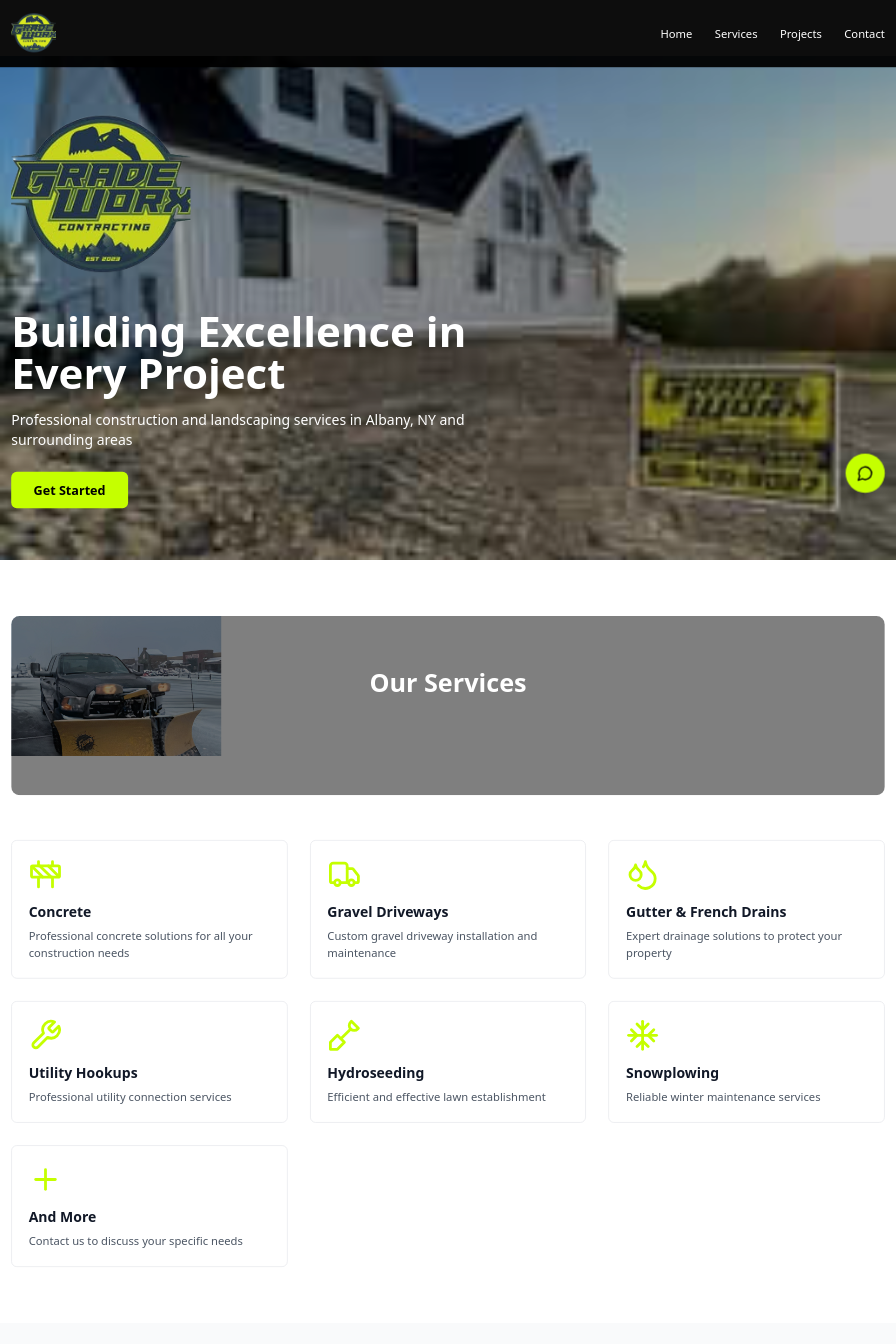
Repository: gabe126679/GradeWorx
Page: /
An editor plug-in stored every save of this project. The page is shown before and after the next save, followed by the edit.
The browser window is 1280 px wide. The pictures show the part of the page from y = 0 to 1920 px (the page is 3566 px tall), at 70% of full size.
The project was rebuilt for these pictures with package versions that can differ from the ones it lists, and the page was loaded fresh each time. Also part of the build but not shown: vite.config.ts.

Above is the page before, as saved 2024-12-16 00:04:17.

### src/App.tsx
import React from 'react';
import Header from './components/Header';
import ChatBot from './components/ChatBot';
import { Home } from './pages/Home';
import { Services } from './pages/Services';
import { Projects } from './pages/Projects';
import { Contact } from './pages/Contact';

function App() {
  return (
    <div className="min-h-screen bg-gray-50">
      <Header />
      <main className="pt-20">
        <Home />
        <Services />
        <Projects />
        <Contact />
      </main>
      <ChatBot />
    </div>
  );
}

export default App;

### src/index.css
@tailwind base;
@tailwind components;
@tailwind utilities;

html {
  scroll-behavior: smooth;
}

body {
  @apply text-gray-900;
}

.prose {
  @apply text-gray-600 leading-relaxed;
}

### src/components/Header.tsx
import React from 'react';
import { Menu, X } from 'lucide-react';
import { useState } from 'react';
import { Link } from './Navigation';

export default function Header() {
  const [isOpen, setIsOpen] = useState(false);

  return (
    <header className="fixed w-full bg-black/95 text-white z-50">
      <nav className="container mx-auto px-4 py-4">
        <div className="flex items-center justify-between">
          <Link href="/" className="flex items-center space-x-2">
            <img
              src="/images/logo.png"
              alt="Gradeworx Logo"
              className="h-16 w-auto"
              style={{ filter: 'brightness(1.1)' }}
            />
          </Link>

          {/* Desktop Navigation */}
          <div className="hidden md:flex space-x-8">
            <Link href="#home">Home</Link>
            <Link href="#services">Services</Link>
            <Link href="#projects">Projects</Link>
            <Link href="#contact">Contact</Link>
          </div>

          {/* Mobile Navigation Button */}
          <button
            className="md:hidden"
            onClick={() => setIsOpen(!isOpen)}
          >
            {isOpen ? <X size={24} /> : <Menu size={24} />}
          </button>
        </div>

        {/* Mobile Navigation Menu */}
        {isOpen && (
          <div className="md:hidden pt-4 pb-6">
            <div className="flex flex-col space-y-4">
              <Link href="#home" onClick={() => setIsOpen(false)}>Home</Link>
              <Link href="#services" onClick={() => setIsOpen(false)}>Services</Link>
              <Link href="#projects" onClick={() => setIsOpen(false)}>Projects</Link>
              <Link href="#contact" onClick={() => setIsOpen(false)}>Contact</Link>
            </div>
          </div>
        )}
      </nav>
    </header>
  );
}

### src/components/ChatBot.tsx
import React, { useState } from 'react';
import { MessageCircle, X } from 'lucide-react';

export default function ChatBot() {
  const [isOpen, setIsOpen] = useState(false);

  return (
    <div className="fixed bottom-4 right-4 z-50">
      {isOpen ? (
        <div className="bg-white rounded-lg shadow-xl w-80 overflow-hidden">
          <div className="bg-black p-4 flex justify-between items-center">
            <h3 className="text-white font-semibold">Chat with us</h3>
            <button onClick={() => setIsOpen(false)} className="text-white">
              <X size={20} />
            </button>
          </div>
          <div className="p-4 h-96 bg-gray-50">
            <div className="mb-4 text-sm">
              Hello! How can we help you today?
            </div>
            <textarea
              className="w-full p-2 border rounded-lg"
              placeholder="Type your message..."
              rows={3}
            />
            <button className="mt-2 bg-[#c5ff00] text-black px-4 py-2 rounded-lg w-full hover:bg-[#a3d600] transition-colors">
              Send Message
            </button>
          </div>
        </div>
      ) : (
        <button
          onClick={() => setIsOpen(true)}
          className="bg-[#c5ff00] text-black p-4 rounded-full shadow-lg hover:bg-[#a3d600] transition-colors"
        >
          <MessageCircle size={24} />
        </button>
      )}
    </div>
  );
}

### src/pages/Home.tsx
export function Home() {
  return (
    <section id="home" className="relative h-screen">
      <div
        className="absolute inset-0 bg-cover bg-center"
        style={{
          backgroundImage: 'url("/images/cover.jpg")',
          filter: 'brightness(0.7)'
        }}
      />
      <div className="relative h-full flex items-center">
        <div className="container mx-auto px-4">
          <div className="max-w-3xl">
            <img
              src="/images/logo.png"
              alt="Gradeworx Logo"
              className="w-64 mb-8"
            />
            <h1 className="text-5xl md:text-6xl font-bold text-white mb-6">
              Building Excellence in Every Project
            </h1>
            <p className="text-xl text-white mb-8">
              Professional construction and landscaping services in Albany, NY and surrounding areas
            </p>
            <a
              href="#contact"
              className="bg-[#c5ff00] text-black px-8 py-3 rounded-lg text-lg font-semibold hover:bg-[#a3d600] transition-colors inline-block"
            >
              Get Started
            </a>
          </div>
        </div>
      </div>
    </section>
  );
}

### src/pages/Services.tsx
import { Section } from '../components/ui/Section';
import { SectionTitle } from '../components/ui/SectionTitle';
import { ServiceCard } from '../components/ServiceCard';
import { services } from '../data/services';

export function Services() {
  return (
    <Section id="services" className="bg-white">
      <div className="relative mb-16 h-64 rounded-xl overflow-hidden">
        <img
          src="/images/service1.jpg"
          alt="Our Services"
          className="w-full h-full object-cover"
          style={{ width: '300px', height: '200px', objectFit: 'cover' }}
        />
        <div className="absolute inset-0 bg-black/50 flex items-center justify-center">
          <SectionTitle className="text-white mb-0">Our Services</SectionTitle>
        </div>
      </div>
      <div className="grid grid-cols-1 md:grid-cols-2 lg:grid-cols-3 gap-8">
        {services.map((service, index) => (
          <ServiceCard key={index} {...service} />
        ))}
      </div>
    </Section>
  );
}

### src/pages/Projects.tsx
import React from 'react';

export function Projects() {
  return (
    <section id="projects" className="py-20 bg-gray-50">
      <div className="container mx-auto px-4">
        <h2 className="text-4xl font-bold text-center mb-16">Our Projects</h2>

        <div className="max-w-4xl mx-auto mb-16">
          <h3 className="text-2xl font-bold mb-6">About Gradeworx Contracting</h3>
          <div className="prose lg:prose-lg">
            <p className="mb-4">
              At Gradeworx Contracting, we are dedicated to delivering top-notch construction and landscaping services to Albany, NY, and the surrounding areas. With a proven track record of excellence, we specialize in a range of projects, including concrete work, gravel driveways, gutter and French drain installations, utility hookups, hydroseeding, and snowplowing.
            </p>
            <p className="mb-4">
              Our team combines skill, reliability, and a commitment to customer satisfaction, ensuring every project is completed to the highest standard. Whether it's enhancing your property with durable concrete solutions, preparing your landscape with expert grading and hydroseeding, or keeping your driveways clear in winter, Gradeworx is here to exceed your expectations.
            </p>
            <p>
              Explore our gallery to see how we've helped clients transform their properties with exceptional craftsmanship and attention to detail. Let us help you bring your next project to life!
            </p>
          </div>
        </div>

        <div className="grid grid-cols-1 md:grid-cols-2 gap-8">
          <div className="rounded-lg overflow-hidden shadow-lg">
            <img src="/images/project1.jpg" alt="Completed driveway project" className="w-full h-64 object-cover" />
            <div className="p-4 bg-white">
              <h3 className="font-semibold text-xl mb-2">Driveway Installation</h3>
              <p className="text-gray-600">Professional driveway installation with attention to detail</p>
            </div>
          </div>
          <div className="rounded-lg overflow-hidden shadow-lg">
            <img src="/images/project2.jpg" alt="Landscaping project" className="w-full h-64 object-cover" />
            <div className="p-4 bg-white">
              <h3 className="font-semibold text-xl mb-2">Landscape Design</h3>
              <p className="text-gray-600">Beautiful landscape transformation</p>
            </div>
          </div>
        </div>
      </div>
    </section>
  );
}

### src/pages/Contact.tsx
import React from 'react';
import { Phone, Mail, MapPin } from 'lucide-react';
import { Section } from '../components/ui/Section';
import { SectionTitle } from '../components/ui/SectionTitle';
import { Input } from '../components/ui/Input';
import { Button } from '../components/ui/Button';

export function Contact() {
  return (
    <Section id="contact" className="bg-black text-white">
      <SectionTitle>Contact Us</SectionTitle>

      <div className="grid grid-cols-1 md:grid-cols-2 gap-12 max-w-4xl mx-auto">
        <div>
          <h3 className="text-2xl font-semibold mb-6">Get in Touch</h3>
          <div className="space-y-4">
            <div className="flex items-center space-x-4">
              <Phone className="text-[#c5ff00]" />
              <a href="tel:518-477-0158" className="hover:text-[#c5ff00] transition-colors">
                518-477-0158
              </a>
            </div>
            <div className="flex items-center space-x-4">
              <Mail className="text-[#c5ff00]" />
              <a href="mailto:info@gradeworxcontracting.com" className="hover:text-[#c5ff00] transition-colors">
                info@gradeworxcontracting.com
              </a>
            </div>
            <div className="flex items-center space-x-4">
              <MapPin className="text-[#c5ff00]" />
              <span>Albany, NY and surrounding areas</span>
            </div>
          </div>
        </div>

        <form className="space-y-4">
          <Input label="Name" type="text" />
          <Input label="Email" type="email" />
          <div>
            <label className="block mb-2">Message</label>
            <textarea
              rows={4}
              className="w-full p-2 rounded-lg bg-gray-800 border border-gray-700 focus:border-[#c5ff00] focus:outline-none"
            ></textarea>
          </div>
          <Button type="submit">Send Message</Button>
        </form>
      </div>
    </Section>
  );
}

### src/components/Navigation.tsx
import React from 'react';

interface LinkProps {
  href: string;
  children: React.ReactNode;
  className?: string;
  onClick?: () => void;
}

export function Link({ href, children, className = '', onClick }: LinkProps) {
  return (
    <a
      href={href}
      className={`text-white hover:text-[#c5ff00] transition-colors ${className}`}
      onClick={onClick}
    >
      {children}
    </a>
  );
}

### src/components/ui/Section.tsx
import React from 'react';

interface SectionProps {
  id: string;
  className?: string;
  children: React.ReactNode;
}

export function Section({ id, className = '', children }: SectionProps) {
  return (
    <section id={id} className={`py-20 ${className}`}>
      <div className="container mx-auto px-4">
        {children}
      </div>
    </section>
  );
}

### src/components/ui/SectionTitle.tsx
import React from 'react';

interface SectionTitleProps {
  children: React.ReactNode;
  className?: string;
}

export function SectionTitle({ children, className = '' }: SectionTitleProps) {
  return (
    <h2 className={`text-4xl font-bold text-center mb-16 ${className}`}>
      {children}
    </h2>
  );
}

### src/components/ServiceCard.tsx
import React from 'react';
import { LucideIcon } from 'lucide-react';

interface ServiceCardProps {
  icon: LucideIcon;
  title: string;
  description: string;
}

export function ServiceCard({ icon: Icon, title, description }: ServiceCardProps) {
  return (
    <div className="p-6 border rounded-lg hover:shadow-lg transition-shadow">
      <Icon className="w-12 h-12 text-[#c5ff00] mb-4" />
      <h3 className="text-xl font-semibold mb-2">{title}</h3>
      <p className="text-gray-600">{description}</p>
    </div>
  );
}

### src/data/services.ts
import {
  Construction,
  Truck,
  Droplets,
  Wrench,
  Snowflake,
  Shovel,
  Plus
} from 'lucide-react';

export const services = [
  {
    icon: Construction,
    title: 'Concrete',
    description: 'Professional concrete solutions for all your construction needs'
  },
  {
    icon: Truck,
    title: 'Gravel Driveways',
    description: 'Custom gravel driveway installation and maintenance'
  },
  {
    icon: Droplets,
    title: 'Gutter & French Drains',
    description: 'Expert drainage solutions to protect your property'
  },
  {
    icon: Wrench,
    title: 'Utility Hookups',
    description: 'Professional utility connection services'
  },
  {
    icon: Shovel,
    title: 'Hydroseeding',
    description: 'Efficient and effective lawn establishment'
  },
  {
    icon: Snowflake,
    title: 'Snowplowing',
    description: 'Reliable winter maintenance services'
  },
  {
    icon: Plus,
    title: 'And More',
    description: 'Contact us to discuss your specific needs'
  }
];

### src/components/ui/Input.tsx
import React from 'react';

interface InputProps extends React.InputHTMLAttributes<HTMLInputElement> {
  label: string;
}

export function Input({ label, className = '', ...props }: InputProps) {
  return (
    <div>
      <label className="block mb-2">{label}</label>
      <input
        className={`w-full p-2 rounded-lg bg-gray-800 border border-gray-700 focus:border-[#c5ff00] focus:outline-none ${className}`}
        {...props}
      />
    </div>
  );
}

### src/components/ui/Button.tsx
import React from 'react';

interface ButtonProps extends React.ButtonHTMLAttributes<HTMLButtonElement> {
  variant?: 'primary' | 'secondary';
  children: React.ReactNode;
}

export function Button({ variant = 'primary', className = '', children, ...props }: ButtonProps) {
  const baseStyles = 'px-6 py-2 rounded-lg font-semibold transition-colors';
  const variants = {
    primary: 'bg-[#c5ff00] text-black hover:bg-[#a3d600]',
    secondary: 'bg-gray-800 text-white hover:bg-gray-700'
  };

  return (
    <button
      className={`${baseStyles} ${variants[variant]} ${className}`}
      {...props}
    >
      {children}
    </button>
  );
}

Loaded but not shown: index.html (common file); src/main.tsx (common file); tailwind.config.js (common file)

After the next save:
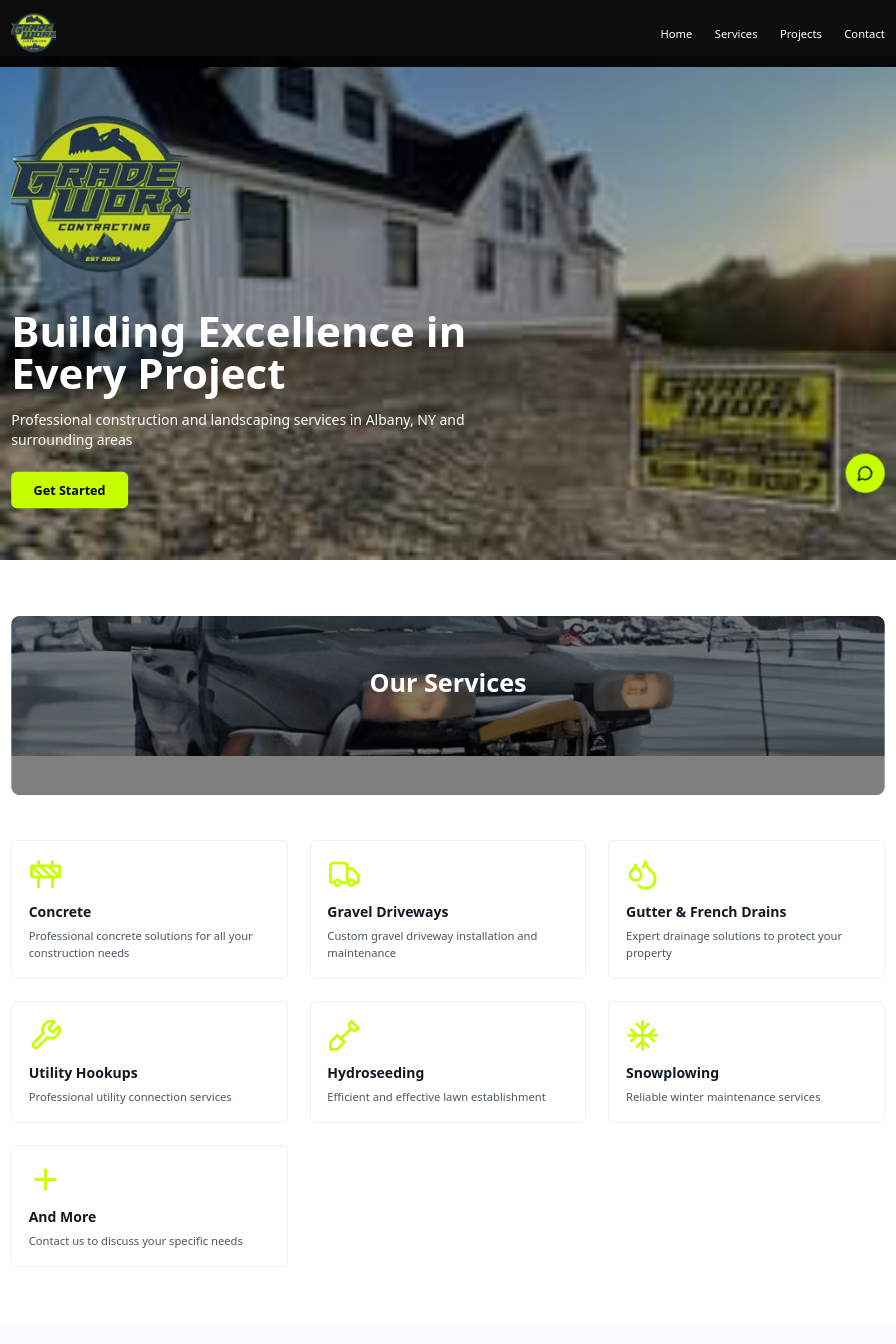
Saved 8 s later.
--- a/src/pages/Services.tsx
+++ b/src/pages/Services.tsx
@@ -11,7 +11,7 @@
           src="/images/service1.jpg"
           alt="Our Services"
           className="w-full h-full object-cover"
-          style={{ width: '300px', height: '200px', objectFit: 'cover' }}
+          style={{ width: '100%', height: '200px', objectFit: 'cover' }}
         />
         <div className="absolute inset-0 bg-black/50 flex items-center justify-center">
           <SectionTitle className="text-white mb-0">Our Services</SectionTitle>
